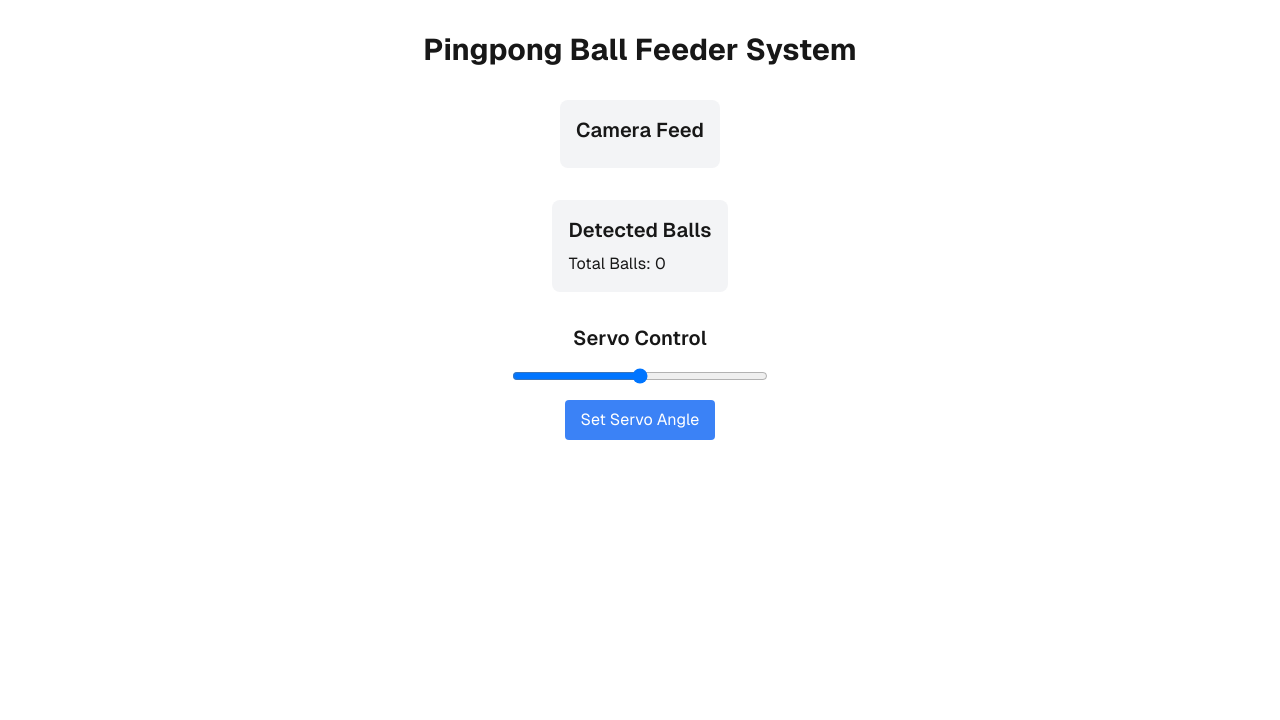
Repository: agurkmedia/pingypongy
Page: /
These files come from the project's save history. The page is drawn as it stood at one moment and after a run of saves; the edit follows.
The browser window is 1280 px wide. The pictures show the whole page.
The page's requests for data from a server got no answer. The project was rebuilt for these pictures with package versions that can differ from the ones it lists, and the page was loaded fresh each time. The framework's server and built-in components were replaced by stand-ins that run in the browser. No one was signed in, and anything a server would have sent is missing. Also part of the build but not shown: next.config.mjs.

Above is the page before, as saved 2024-09-20 10:55:27.

### app/page.tsx
'use client'
import { useState, useEffect } from 'react';
import { trackBalls, controlServo } from './services/api';

interface Ball {
  x: number;
  y: number;
  color: string;
}

export default function Home() {
  const [balls, setBalls] = useState<Ball[]>([]);
  const [totalBalls, setTotalBalls] = useState(0);
  const [frame, setFrame] = useState('');
  const [servoAngle, setServoAngle] = useState(90);

  useEffect(() => {
    const interval = setInterval(async () => {
      try {
        const data = await trackBalls();
        setBalls(data.balls);
        setTotalBalls(data.total_balls);
        setFrame(data.frame);
      } catch (error) {
        console.error('Failed to track balls:', error);
      }
    }, 1000);

    return () => clearInterval(interval);
  }, []);

  const handleServoControl = async () => {
    try {
      await controlServo(servoAngle);
    } catch (error) {
      console.error('Failed to control servo:', error);
    }
  };

  return (
    <div className="min-h-screen p-8 font-[family-name:var(--font-geist-sans)]">
      <main className="flex flex-col gap-8 items-center">
        <h1 className="text-3xl font-bold">Pingpong Ball Feeder System</h1>
        <div className="bg-gray-100 p-4 rounded-lg">
          <h2 className="text-xl font-semibold mb-2">Camera Feed</h2>
          {frame && (
            <img src={`data:[embedded picture, 33 characters] alt="Camera Feed" className="w-full max-w-lg" />
          )}
        </div>
        <div className="bg-gray-100 p-4 rounded-lg">
          <h2 className="text-xl font-semibold mb-2">Detected Balls</h2>
          <p>Total Balls: {totalBalls}</p>
          <ul>
            {balls.map((ball, index) => (
              <li key={index}>
                Ball at x: {ball.x}, y: {ball.y}, color: {ball.color}
              </li>
            ))}
          </ul>
        </div>
        <div className="flex flex-col items-center gap-4">
          <h2 className="text-xl font-semibold">Servo Control</h2>
          <input
            type="range"
            min="0"
            max="180"
            value={servoAngle}
            onChange={(e) => setServoAngle(parseInt(e.target.value))}
            className="w-64"
          />
          <button
            onClick={handleServoControl}
            className="bg-blue-500 text-white px-4 py-2 rounded hover:bg-blue-600"
          >
            Set Servo Angle
          </button>
        </div>
      </main>
    </div>
  );
}

### app/services/api.ts
const API_URL = 'http://localhost:8000';

export async function trackBalls() {
  const response = await fetch(`${API_URL}/track-balls`);
  if (!response.ok) {
    throw new Error('Failed to track balls');
  }
  return response.json();
}

export async function controlServo(angle: number) {
  const response = await fetch(`${API_URL}/control-servo`, {
    method: 'POST',
    headers: {
      'Content-Type': 'application/json',
    },
    body: JSON.stringify({ angle }),
  });
  if (!response.ok) {
    throw new Error('Failed to control servo');
  }
  return response.json();
}

Loaded but not shown: app/layout.tsx (common file); app/globals.css (common file); tailwind.config.ts (common file)

After the next 2 saves:
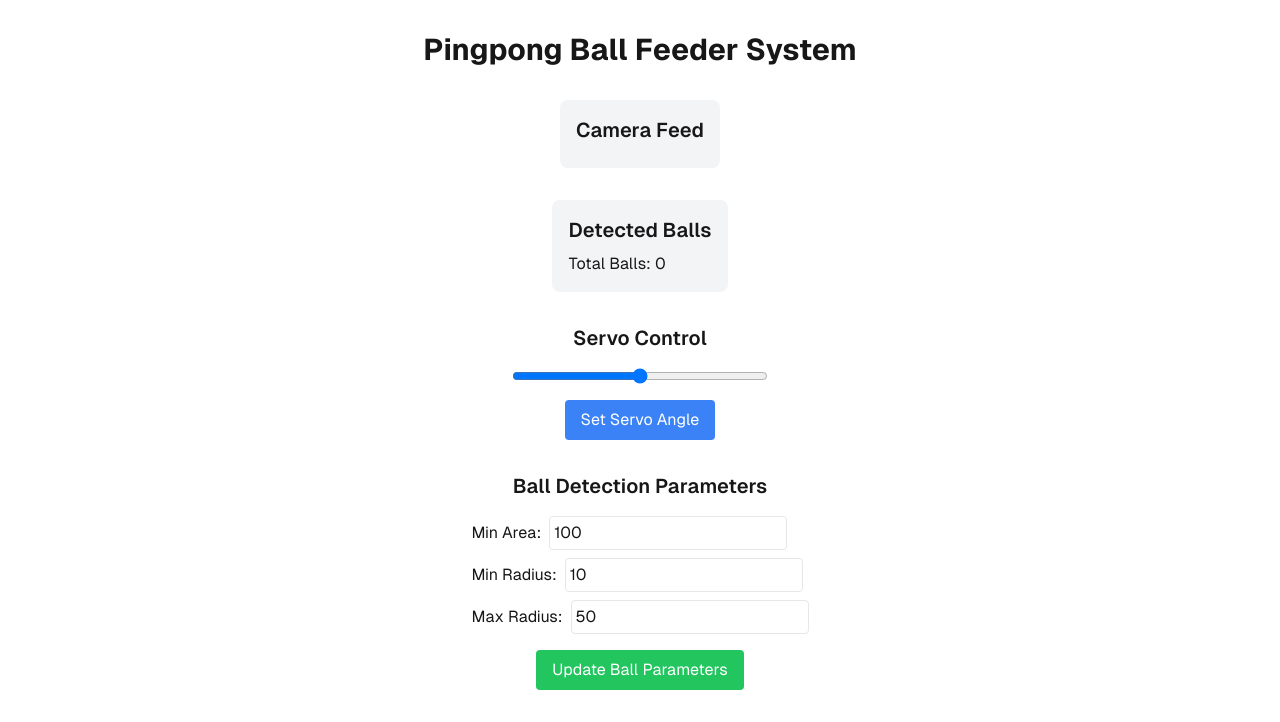
The 2 saves are shown as one change because 1 did not build or start.
The last was saved 18 min 17 s later.
--- a/app/page.tsx
+++ b/app/page.tsx
@@ -1,6 +1,6 @@
 'use client'
 import { useState, useEffect } from 'react';
-import { trackBalls, controlServo } from './services/api';
+import { trackBalls, controlServo, updateBallParams } from './services/api';
 
 interface Ball {
   x: number;
@@ -8,11 +8,22 @@ interface Ball {
   color: string;
 }
 
+interface BallDetectionParams {
+  min_area: number;
+  min_radius: number;
+  max_radius: number;
+}
+
 export default function Home() {
   const [balls, setBalls] = useState<Ball[]>([]);
   const [totalBalls, setTotalBalls] = useState(0);
   const [frame, setFrame] = useState('');
   const [servoAngle, setServoAngle] = useState(90);
+  const [ballParams, setBallParams] = useState<BallDetectionParams>({
+    min_area: 100,
+    min_radius: 10,
+    max_radius: 50
+  });
 
   useEffect(() => {
     const interval = setInterval(async () => {
@@ -34,6 +45,14 @@ export default function Home() {
       await controlServo(servoAngle);
     } catch (error) {
       console.error('Failed to control servo:', error);
+    }
+  };
+
+  const handleBallParamsUpdate = async () => {
+    try {
+      await updateBallParams(ballParams);
+    } catch (error) {
+      console.error('Failed to update ball parameters:', error);
     }
   };
 
@@ -75,6 +94,44 @@ export default function Home() {
             Set Servo Angle
           </button>
         </div>
+        <div className="flex flex-col items-center gap-4">
+          <h2 className="text-xl font-semibold">Ball Detection Parameters</h2>
+          <div className="flex flex-col gap-2">
+            <label>
+              Min Area:
+              <input
+                type="number"
+                value={ballParams.min_area}
+                onChange={(e) => setBallParams({...ballParams, min_area: parseInt(e.target.value)})}
+                className="ml-2 p-1 border rounded"
+              />
+            </label>
+            <label>
+              Min Radius:
+              <input
+                type="number"
+                value={ballParams.min_radius}
+                onChange={(e) => setBallParams({...ballParams, min_radius: parseInt(e.target.value)})}
+                className="ml-2 p-1 border rounded"
+              />
+            </label>
+            <label>
+              Max Radius:
+              <input
+                type="number"
+                value={ballParams.max_radius}
+                onChange={(e) => setBallParams({...ballParams, max_radius: parseInt(e.target.value)})}
+                className="ml-2 p-1 border rounded"
+              />
+            </label>
+          </div>
+          <button
+            onClick={handleBallParamsUpdate}
+            className="bg-green-500 text-white px-4 py-2 rounded hover:bg-green-600"
+          >
+            Update Ball Parameters
+          </button>
+        </div>
       </main>
     </div>
   );
--- a/app/services/api.ts
+++ b/app/services/api.ts
@@ -21,3 +21,23 @@ export async function controlServo(angle: number) {
   }
   return response.json();
 }
+
+interface BallDetectionParams {
+  min_area: number;
+  min_radius: number;
+  max_radius: number;
+}
+
+export const updateBallParams = async (params: BallDetectionParams) => {
+  const response = await fetch(`${API_URL}/update-ball-params`, {
+    method: 'POST',
+    headers: {
+      'Content-Type': 'application/json',
+    },
+    body: JSON.stringify(params),
+  });
+  if (!response.ok) {
+    throw new Error('Failed to update ball parameters');
+  }
+  return await response.json();
+};
